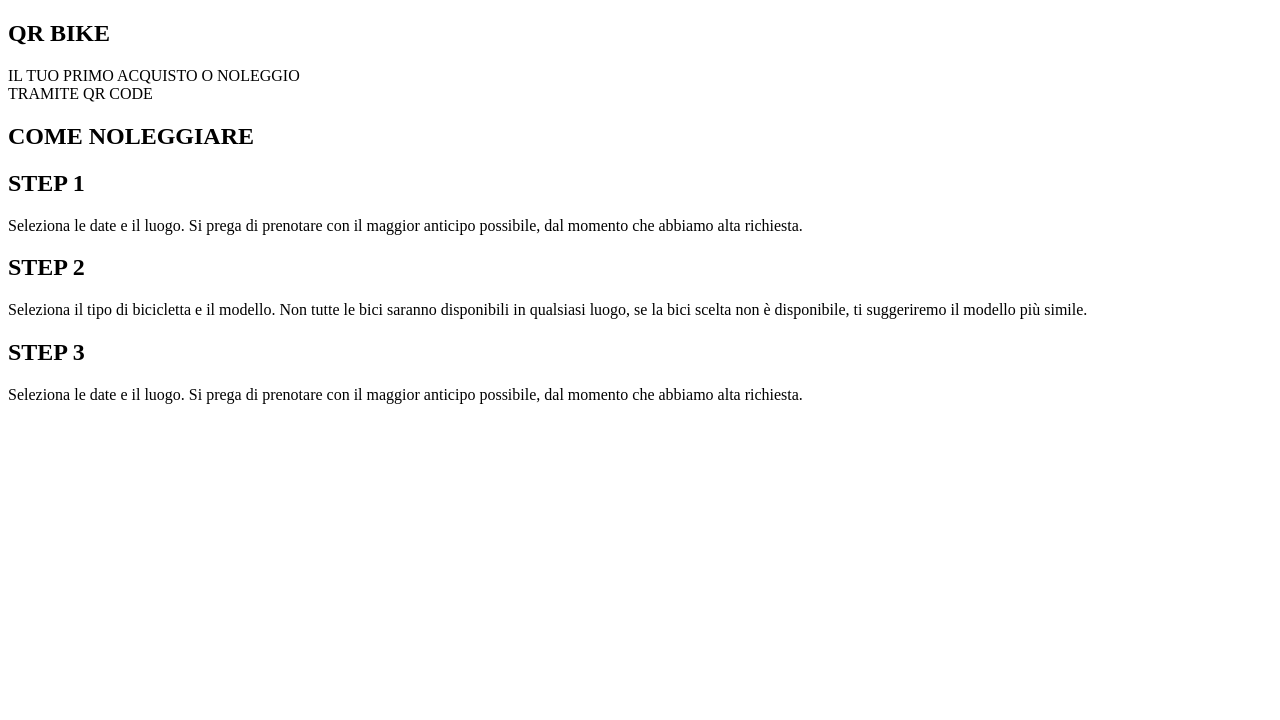
Repository: andrealepori/qrbike
Page: index.html
The author's editor kept a copy of each file at every save. The page is drawn from the files as they stood at one save, then again after the next save.
The browser window is 1280 px wide. The pictures show the whole page.
Some web fonts or font styles are not loaded; a fallback is used.

Above is the page before, as saved 2020-09-17 15:10:14.

After the next save:
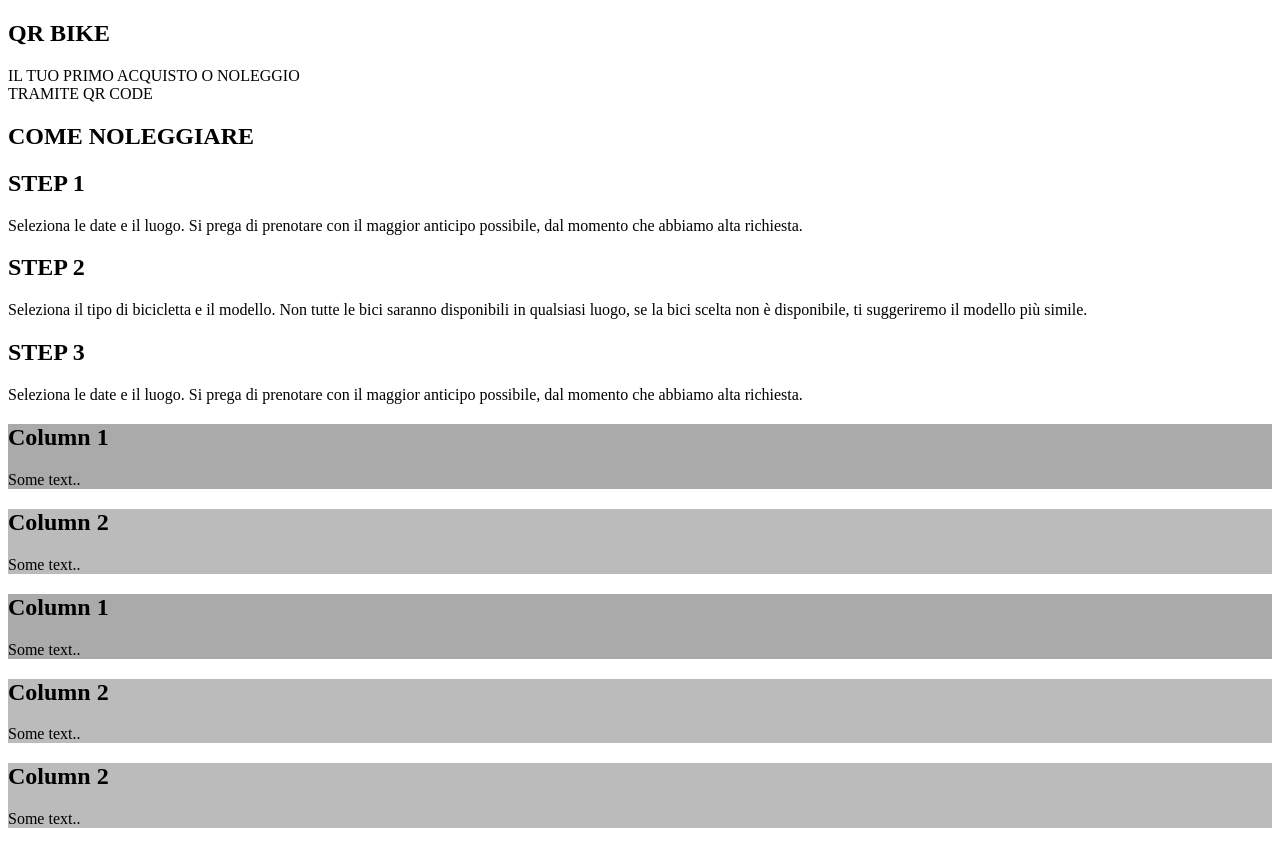
Saved 24 min 8 s later.
--- a/index.html
+++ b/index.html
@@ -89,6 +89,29 @@
 
 
 
+  <div class="row">
+	<div class="column" style="background-color:#aaa;">
+	  <h2>Column 1</h2>
+	  <p>Some text..</p>
+	</div>
+	<div class="column" style="background-color:#bbb;">
+	  <h2>Column 2</h2>
+	  <p>Some text..</p>
+	</div>
+
+	  <div class="column" style="background-color:#aaa;">
+	  <h2>Column 1</h2>
+	  <p>Some text..</p>
+	</div>
+	<div class="column" style="background-color:#bbb;">
+	  <h2>Column 2</h2>
+	  <p>Some text..</p>
+	</div>
+	  <div class="column1" style="background-color:#bbb;">
+	  <h2>Column 2</h2>
+	  <p>Some text..</p>
+	</div>
+  </div>
 
 
 
